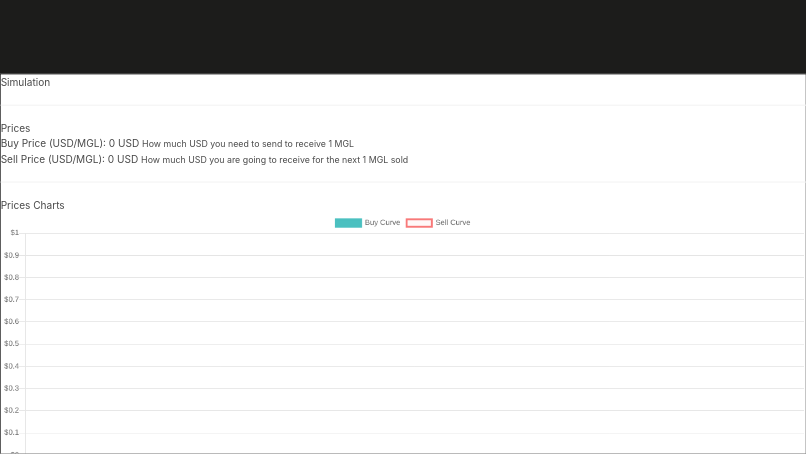
Repository: Fletch153/mogul-simulator
Page: /
The author's editor kept a copy of each file at every save. The page is drawn from the files as they stood at one save, then again after the next save.
The browser window is 1280 px wide. The pictures show the whole page, at 63% of full size.
The project was rebuilt for these pictures with package versions that can differ from the ones it lists, and the page was loaded fresh each time.

Above is the page before, as saved 2019-11-27 12:35:20.

### public/index.html
<!DOCTYPE html>
<html lang="en">

<head>
  <meta charset="utf-8">
  <meta http-equiv="X-UA-Compatible" content="IE=edge">
  <meta name="viewport" content="width=device-width,initial-scale=1.0">
  <link rel="icon" href="<%= BASE_URL %>favicon.ico">
  <title>Mogul Continuous Organisation</title>
</head>

<body>
  <noscript>
    <strong>We're sorry but curve-simulator doesn't work properly without JavaScript enabled. Please enable it to continue.</strong>
  </noscript>
  <div id="app"></div>
  <script src="dist/main.js" type="text/javascript"></script>
</body>

</html>

### src/main.ts
import Vue from 'vue';
import App from './App.vue';
import router from './router';
import store from './store';

import Buefy from "buefy";
import "buefy/dist/buefy.css";

Vue.use(Buefy);

Vue.config.productionTip = false;



new Vue({
  router,
  store,
  render: (h) => h(App),
}).$mount('#app');

### src/views/Home.vue
<template>
  <div class="corg-wrapper container-fluid">
    <Simulator />
  </div>
</template>

<script lang="ts">
import Vue from "vue";
import Simulator from "../components/Simulator.vue"; // @ is an alias to /src

export default Vue.extend({
  name: "home",
  components: {
    Simulator
  }
});
</script>
<style lang="less">
.corg-wrapper {
  background: #1C1C1B;
  height: 100vh;
  width: 100%;
  overflow: hidden;
}
</style>

### src/components/CurveChart.vue
<script>
import Vue from "vue";
import { Line, mixins } from "vue-chartjs";
const { reactiveProp } = mixins;

export default Vue.extend({
  name: "CurveChart",
  extends: Line,
  mixins: [reactiveProp],
  props: ["options"],
  mounted() {
    this.renderChart(this.chartData, this.options);
  }
});
</script>

<style>
</style>

### src/routes.ts
import Simulator from './components/Simulator.vue';


const routes = [
    {
        path: '/',
        name: 'Home',
        component: Simulator
    }
];

export default routes;

Loaded but not shown: src/App.vue (common file); src/router.ts (common file); src/store.ts (common file); src/components/Simulator.vue (761 lines, source omitted)

After the next save:
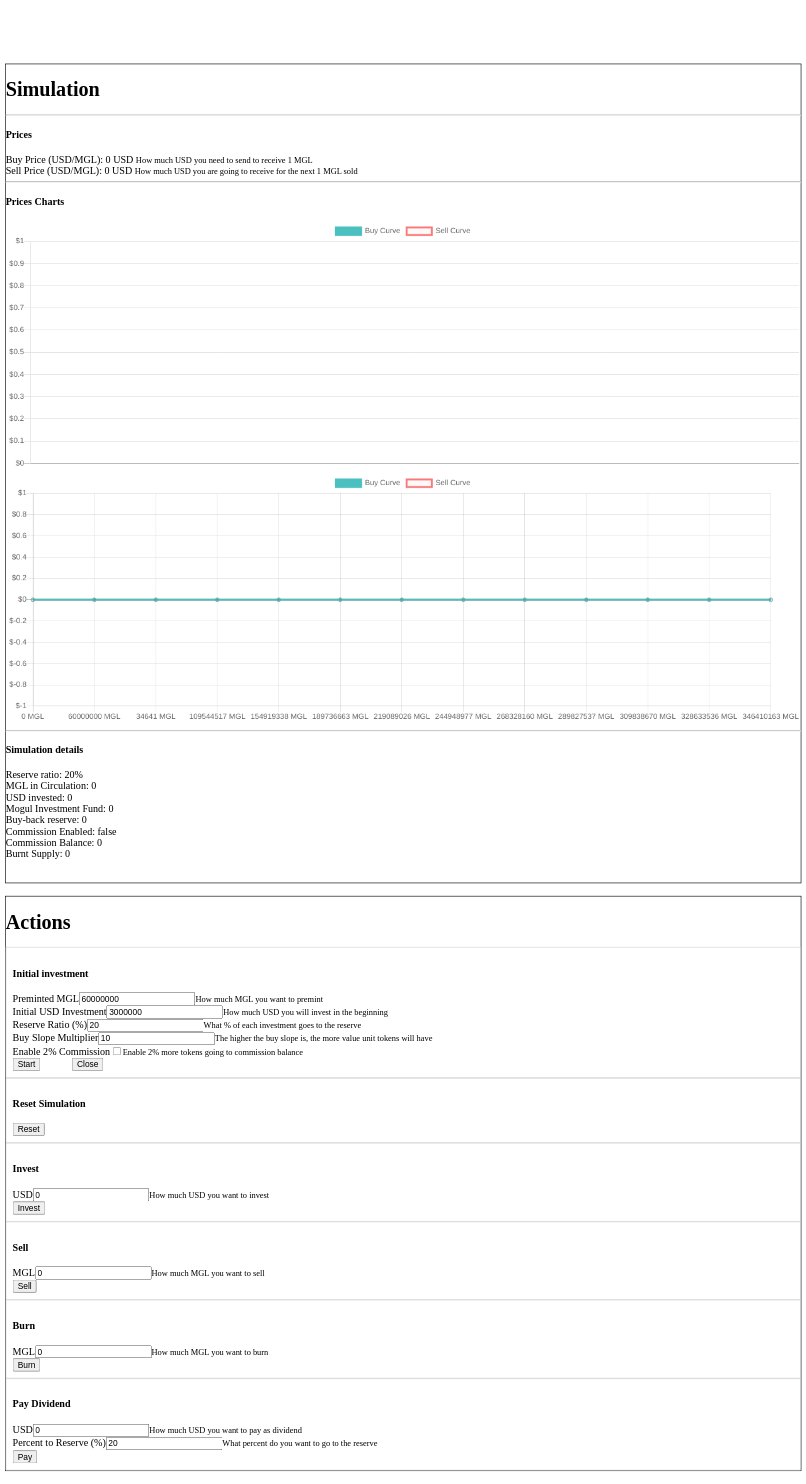
Saved 11 s later.
--- a/src/main.ts
+++ b/src/main.ts
@@ -1,19 +1,20 @@
 import Vue from 'vue';
+import VueRouter from 'vue-router';
+
 import App from './App.vue';
-import router from './router';
-import store from './store';
+import routes from './routes';
 
-import Buefy from "buefy";
-import "buefy/dist/buefy.css";
+Vue.use(VueRouter);
 
-Vue.use(Buefy);
-
-Vue.config.productionTip = false;
-
-
+// Configure router
+const router = new VueRouter({
+    routes,
+    linkActiveClass: 'active',
+    mode: 'history'
+});
 
 new Vue({
-  router,
-  store,
-  render: (h) => h(App),
-}).$mount('#app');
+    el: '#app',
+    render: h => h(App),
+    router
+});
